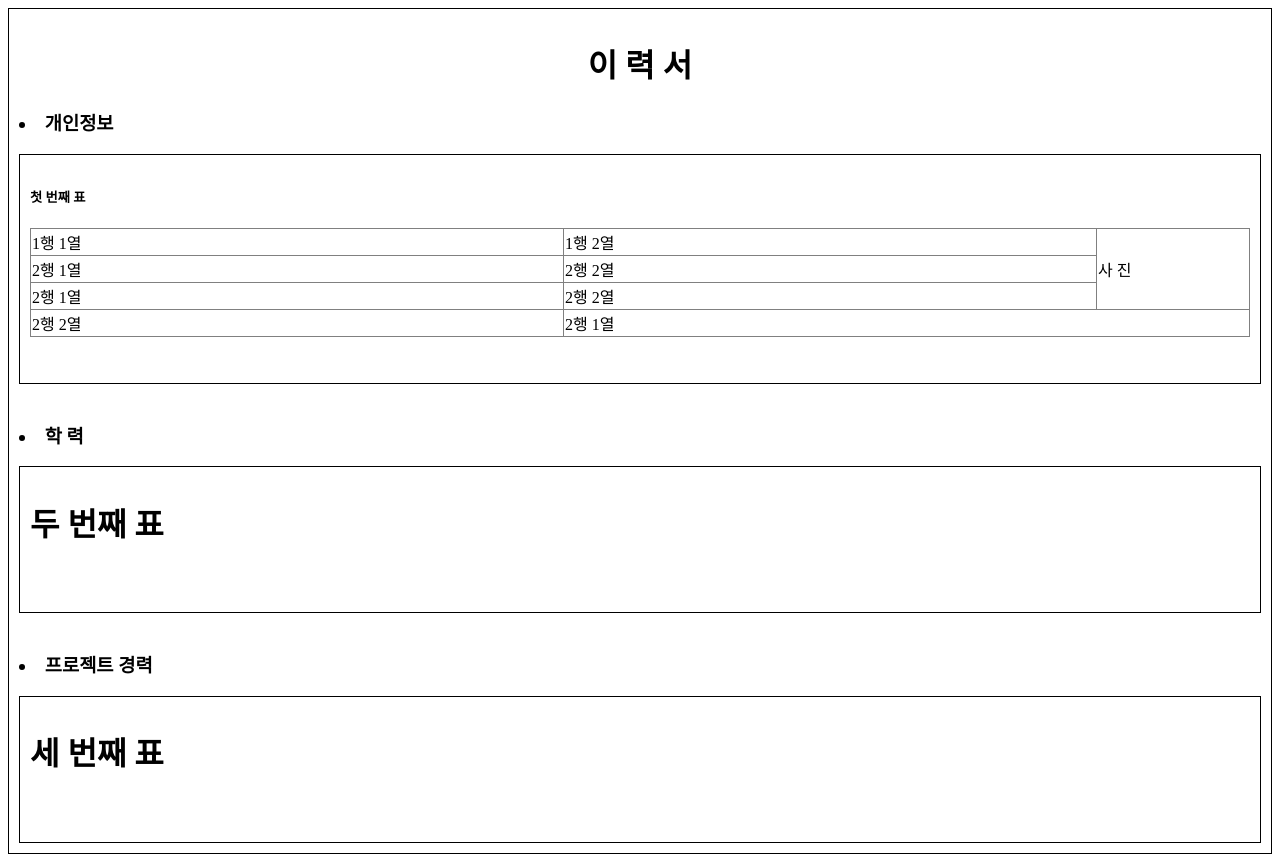
Repository: porivas/140630_Java
Page: http://localhost/web4_resume/resume.jsp
An editor plug-in stored every save of this project. The page is shown before and after the next save, followed by the edit.
The browser window is 1280 px wide. The pictures show the whole page.
The page is served by Tomcat 9.

Above is the page before, as saved 2014-09-25 06:09:39.

### web4_resume/WebContent/resume.jsp
<%@ page language="java" contentType="text/html; charset=UTF-8"
    pageEncoding="UTF-8"%>
<!DOCTYPE html PUBLIC "-//W3C//DTD HTML 4.01 Transitional//EN" "http://www.w3.org/TR/html4/loose.dtd">
<html>
<head>
<meta http-equiv="Content-Type" content="text/html; charset=UTF-8">
<title>이력서 타이틀 입니다.</title>
</head>
<body>
	<div id="background" style="border-top:1px solid; border-bottom:1px solid; border-left:1px solid; border-right:1px solid; padding:10px;">
	<center><h1>이 력 서</h1></center>
		<h3><li>개인정보</h3></li>
		<div id="firstparagraph" style="border-top:1px solid; border-bottom:1px solid; border-left:1px solid; border-right:1px solid; padding:10px;">
		<h5> 첫 번째 표</h5>
		<type = text/css>
		<style type="text/css">
		  table {
		     border-collapse: collapse;
		  }
		</style>
		<table border="1" margin="0" width=100%>
			<tr align = "left">
				<td> 1행 1열 </td>	<td> 1행 2열 </td>	<td rowspan=3 width=150> 사 진 </td>
			</tr>
			<tr>
				<td> 2행 1열 </td>	<td> 2행 2열 </td>
			</tr>
			<tr>
				<td> 2행 1열 </td>	<td> 2행 2열 </td>
			</tr>
			<tr>
				<td> 2행 2열 </td><td  colspan=2> 2행 1열 </td>
			</tr>
		</table>
		<br>
		<br>
		</div>
		<br>
		<h3><li>학 력</h3></li>
		<div id="secondparagraph" style="border-top:1px solid; border-bottom:1px solid; border-left:1px solid; border-right:1px solid; padding:10px;">
		<h1> 두 번째 표</h1>
		<br>
		<br>
		</div>
		<br>
		<h3><li>프로젝트 경력</h3></li>
		<div id="thirdparagraph" style="border-top:1px solid; border-bottom:1px solid; border-left:1px solid; border-right:1px solid; padding:10px;">
		<h1> 세 번째 표</h1>
		<br>
		<br>
		</div>

	</div>
</body>
</html>

After the next save:
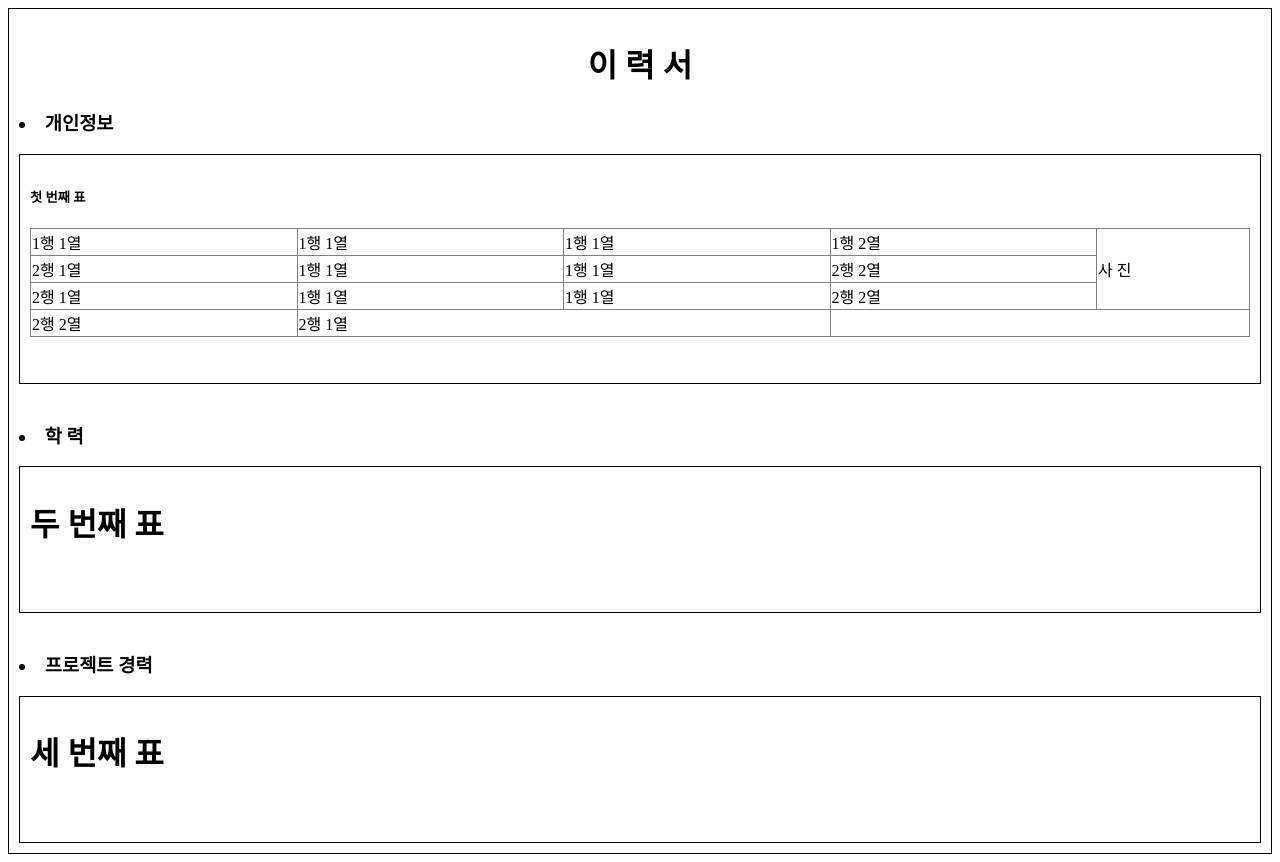
Saved 36 s later.
--- a/web4_resume/WebContent/resume.jsp
+++ b/web4_resume/WebContent/resume.jsp
@@ -20,13 +20,13 @@
 		</style>
 		<table border="1" margin="0" width=100%>
 			<tr align = "left">
-				<td> 1행 1열 </td>	<td> 1행 2열 </td>	<td rowspan=3 width=150> 사 진 </td>
+				<td> 1행 1열 </td>	<td> 1행 1열 </td>	<td> 1행 1열 </td>	<td> 1행 2열 </td>	<td rowspan=3 width=150> 사 진 </td>
 			</tr>
 			<tr>
-				<td> 2행 1열 </td>	<td> 2행 2열 </td>
+				<td> 2행 1열 </td>	<td> 1행 1열 </td>	<td> 1행 1열 </td>	<td> 2행 2열 </td>
 			</tr>
 			<tr>
-				<td> 2행 1열 </td>	<td> 2행 2열 </td>
+				<td> 2행 1열 </td>	<td> 1행 1열 </td>	<td> 1행 1열 </td>	<td> 2행 2열 </td>
 			</tr>
 			<tr>
 				<td> 2행 2열 </td><td  colspan=2> 2행 1열 </td>
